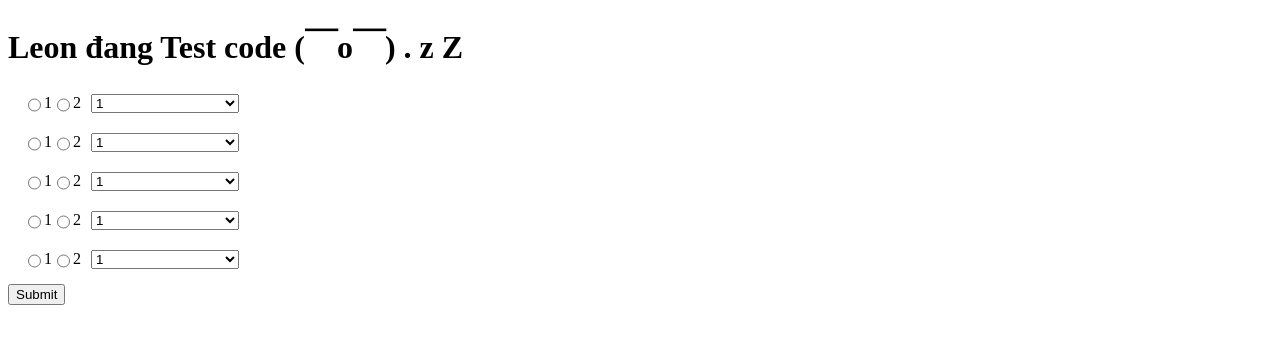
Repository: tranhuunghiem99/N_Auto_Checked
Page: test/index.html
These files come from the project's save history. The page is drawn as it stood at one moment and after the next save; the edit follows.
The browser window is 1280 px wide. The pictures show the whole page.

Above is the page before, as saved 2024-05-07 21:36:10.

### test/index.html
<!-- <!DOCTYPE html>
<html>
  <head>
    <title>Checkbox Example</title>
  </head>
  <body>
    <form action="/submit" method="post">
      <label for="option1">Option 1</label>
      <input type="checkbox" name="options" value="1" id="option1">
      <br>
      <label for="option2">Option 2</label>
      <input type="checkbox" name="options" value="2" id="option2">
      <br>
      <label for="option3">Option 3</label>
      <input type="checkbox" name="options" value="3" id="option3">
      <br>
      <button type="submit">Submit</button>
    </form>
  </body>
</html> -->

<!DOCTYPE html>
<html>
<body>

<h1>Leon đang Test code (￣o￣) . z Z</h1>

<form action="/submit" method="post" >
  <div style="display: flex; padding: 5px; margin: 10px;">
  <input type="radio" name="number" value="">
  <label for="1">1</label><br>
  <input type="radio" name="number" value="">
  <label for="2">2</label><br>
  <select id="" name="" style="margin-left:10px ;">
    <option value="1" name="list">1</option>
    <option value="2" name="list">2</option>
    <option value="3" name="list">3</option>
    <option value="4" name="ok">Ok cái này chọn nè 1</option>
  </select>
</div>
  <div style="display: flex; padding: 5px; margin: 10px;">
  <input type="radio" name="number2" value="">
  <label for="1">1</label><br>
  <input type="radio" name="number2" value="">
  <label for="2">2</label><br>
  <select id="" name="" style="margin-left:10px ;">
    <option value="1" name="list">1</option>
    <option value="2" name="list">2</option>
    <option value="3" name="list">3</option>
    <option value="4" name="ok">Ok cái này chọn nè 2</option>
  </select>
</div>
  <div style="display: flex; padding: 5px; margin: 10px;">
  <input type="radio" name="number3" value="">
  <label for="1">1</label><br>
  <input type="radio" name="number3" value="">
  <label for="2">2</label><br>
  <select id="" name="" style="margin-left:10px ;">
    <option value="1" name="list">1</option>
    <option value="2" name="list">2</option>
    <option value="3" name="list">3</option>
    <option value="4" name="ok">Ok cái này chọn nè 3</option>
  </select>
</div>
  <div style="display: flex; padding: 5px; margin: 10px;">
  <input type="radio" name="number4" value="">
  <label for="1">1</label><br>
  <input type="radio" name="number4" value="">
  <label for="2">2</label><br>
  <select id="" name="" style="margin-left:10px ;">
    <option value="1" name="list">1</option>
    <option value="2" name="list">2</option>
    <option value="3" name="list">3</option>
    <option value="4" name="ok">Ok cái này chọn nè 4</option>
  </select>
</div>
  <div style="display: flex; padding: 5px; margin: 10px;">
  <input type="radio" name="number5" value="">
  <label for="1">1</label><br>
  <input type="radio" name="number5" value="">
  <label for="2">2</label><br>
  <select id="" name="" style="margin-left:10px ;">
    <option value="1" name="list">1</option>
    <option value="2" name="list">2</option>
    <option value="3" name="list">3</option>
    <option value="4" name="ok">Ok cái này chọn nè 5</option>
  </select>
</div>
  <button type="submit">Submit</button>
</form>
</body>
</html>

After the next save:
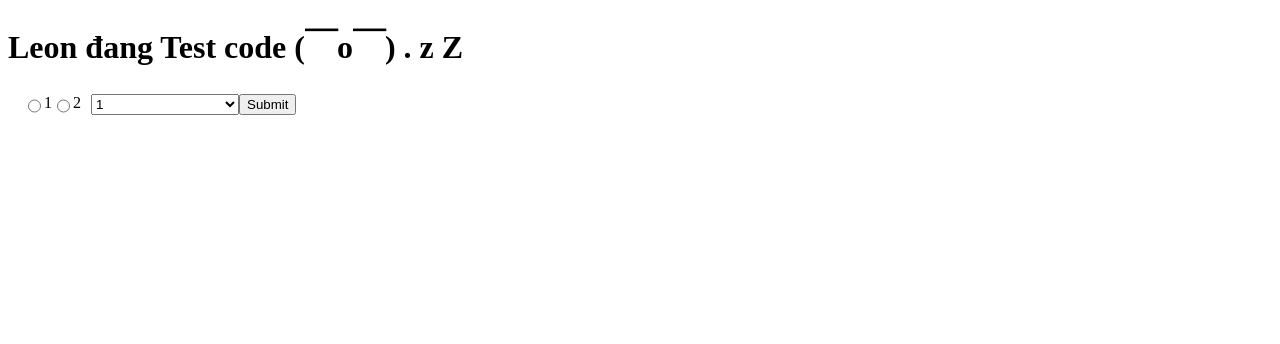
Saved 114 s later.
--- a/test/index.html
+++ b/test/index.html
@@ -37,55 +37,7 @@
     <option value="3" name="list">3</option>
     <option value="4" name="ok">Ok cái này chọn nè 1</option>
   </select>
-</div>
-  <div style="display: flex; padding: 5px; margin: 10px;">
-  <input type="radio" name="number2" value="">
-  <label for="1">1</label><br>
-  <input type="radio" name="number2" value="">
-  <label for="2">2</label><br>
-  <select id="" name="" style="margin-left:10px ;">
-    <option value="1" name="list">1</option>
-    <option value="2" name="list">2</option>
-    <option value="3" name="list">3</option>
-    <option value="4" name="ok">Ok cái này chọn nè 2</option>
-  </select>
-</div>
-  <div style="display: flex; padding: 5px; margin: 10px;">
-  <input type="radio" name="number3" value="">
-  <label for="1">1</label><br>
-  <input type="radio" name="number3" value="">
-  <label for="2">2</label><br>
-  <select id="" name="" style="margin-left:10px ;">
-    <option value="1" name="list">1</option>
-    <option value="2" name="list">2</option>
-    <option value="3" name="list">3</option>
-    <option value="4" name="ok">Ok cái này chọn nè 3</option>
-  </select>
-</div>
-  <div style="display: flex; padding: 5px; margin: 10px;">
-  <input type="radio" name="number4" value="">
-  <label for="1">1</label><br>
-  <input type="radio" name="number4" value="">
-  <label for="2">2</label><br>
-  <select id="" name="" style="margin-left:10px ;">
-    <option value="1" name="list">1</option>
-    <option value="2" name="list">2</option>
-    <option value="3" name="list">3</option>
-    <option value="4" name="ok">Ok cái này chọn nè 4</option>
-  </select>
-</div>
-  <div style="display: flex; padding: 5px; margin: 10px;">
-  <input type="radio" name="number5" value="">
-  <label for="1">1</label><br>
-  <input type="radio" name="number5" value="">
-  <label for="2">2</label><br>
-  <select id="" name="" style="margin-left:10px ;">
-    <option value="1" name="list">1</option>
-    <option value="2" name="list">2</option>
-    <option value="3" name="list">3</option>
-    <option value="4" name="ok">Ok cái này chọn nè 5</option>
-  </select>
-</div>
+
   <button type="submit">Submit</button>
 </form>
 </body>
